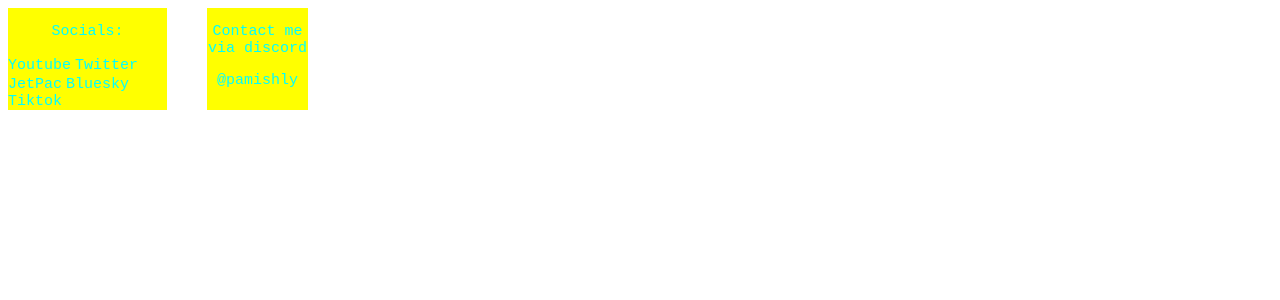
Repository: Pamishly/resources
Page: footer.html
These files come from the project's save history. The page is drawn as it stood at one moment and after the next save; the edit follows.
The browser window is 1280 px wide. The pictures show the whole page.

Above is the page before, as saved 2025-01-26 01:16:02.

### footer.html
<div id = "container">
<div id = "social">
<p>Socials:</p>
<a>Youtube</a>
<a>Twitter</a>
<a>JetPac</a>
<a>Bluesky</a>
<a>Tiktok</a>
</div>
<div id = contact>
    <p>Contact me via discord</p>
    <p>@pamishly</p>
</div>
</div>

<style>
    p, a{
        color: cyan;
        font-family: monospace;
        font-size: 15px;
        text-align: center;
    }
    #container {
        display: flex;
        justify-content: center;
        gap: 40px;
        width: 300px;
    }
    #contact {
        background: yellow;
    }
    #social {
        background: yellow;
    }
</style>

After the next save:
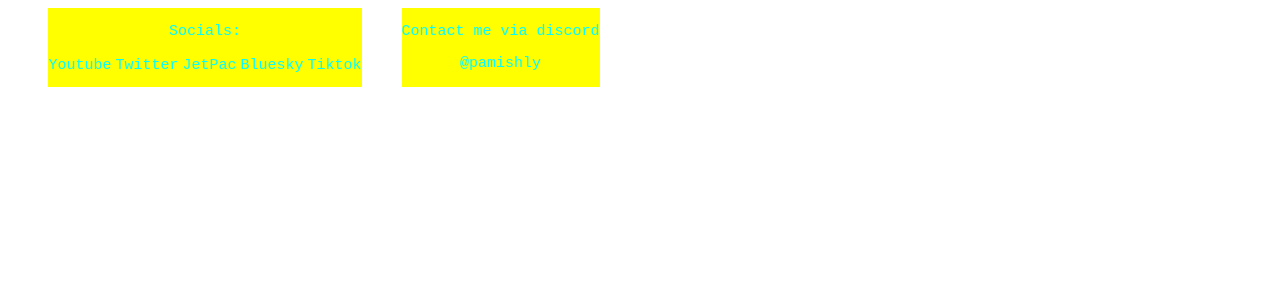
Saved 11 s later.
--- a/footer.html
+++ b/footer.html
@@ -24,7 +24,7 @@
         display: flex;
         justify-content: center;
         gap: 40px;
-        width: 300px;
+        width: 50%;
     }
     #contact {
         background: yellow;
